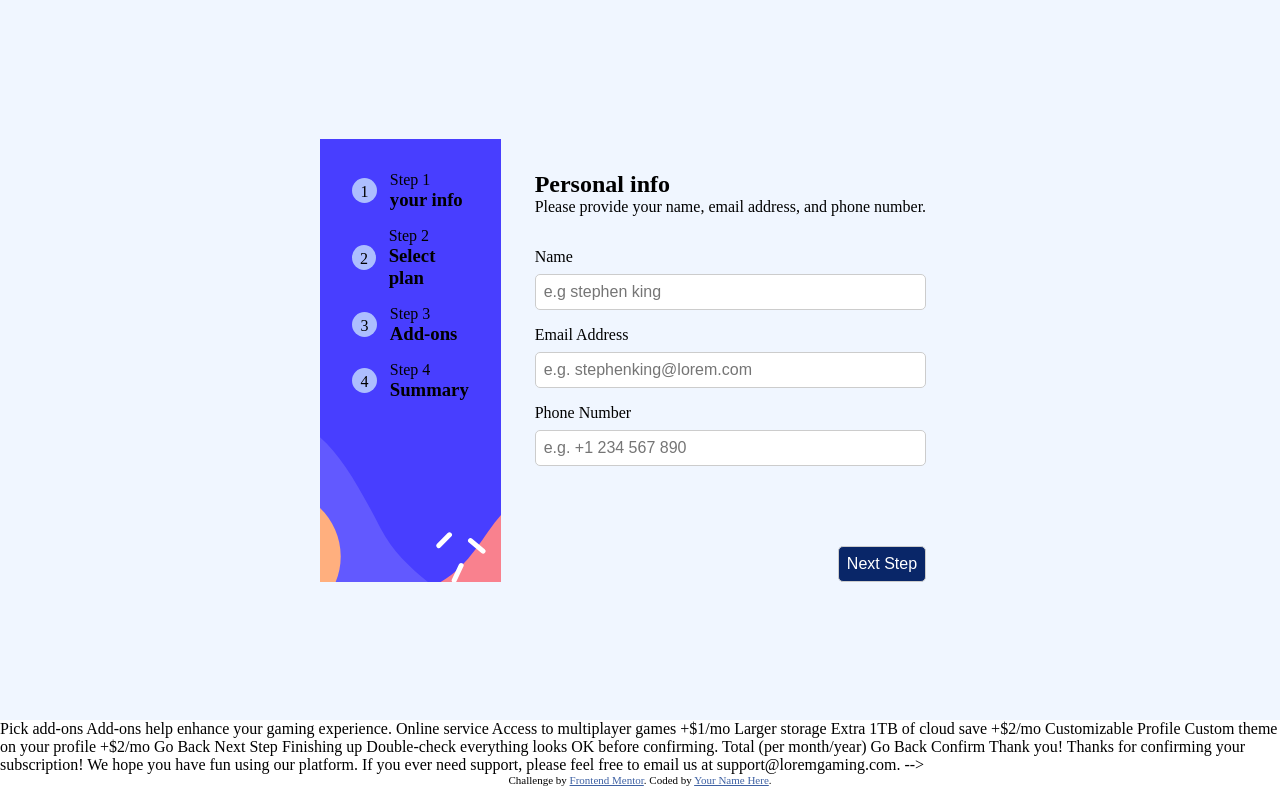
Repository: reemoon-ctrl/reemoon-ctrl.github.io
Page: index.html
These files come from the project's save history. The page is drawn as it stood at one moment and after the next save; the edit follows.
The browser window is 1280 px wide. The pictures show the whole page.

Above is the page before, as saved 2025-04-29 09:39:00.

### index.html
<!DOCTYPE html>
<html lang="en">

<head>
  <meta charset="UTF-8">
  <meta name="viewport" content="width=device-width, initial-scale=1.0">
  <!-- displays site properly based on user's device -->

  <link rel="icon" type="image/png" sizes="32x32" href="./assets/images/favicon-32x32.png">
  <link rel="stylesheet" href="./style.css">
  <title>Frontend Mentor | Multi-step form</title>

  <!-- Feel free to remove these styles or customise in your own stylesheet 👍 -->
  <style>
    .attribution {
      font-size: 11px;
      text-align: center;
    }

    .attribution a {
      color: hsl(219, 45%, 44%);
    }
  </style>
</head>

<body>
  <div class="containerCenter">
    <div class="container">
      <div class="sidebar">
        <ul class="sidebarList">
          <li class="sidebar_ele">
            <div>1</div>
            <div>
              <p>Step 1</p>
              <h3>your info</h3>
            </div>
          </li>
          <li class="sidebar_ele">
            <div>2</div>
            <div>
              <p> Step 2</p>
              <h3>Select plan</h3>
            </div>

          </li>
          <li class="sidebar_ele">
            <div>3</div>
            <div>
              <p>Step 3</p>
              <h3>Add-ons</h3>
            </div>
          </li>
          <li class="sidebar_ele">
            <div>4</div>
            <div>
              <p>Step 4</p>
              <h3>Summary</h3>
            </div>

          </li>
        </ul>
      </div>
      <div class="main">
        <div class="formHeader">
          <h2>Personal info</h2>
          <p>Please provide your name, email address, and phone number.
          </p>
        </div>
        <form class="formContainer">
          <div class="formLabelInput">
            <label for="name">Name</label>
            <input type="text" id="name" name="name" placeholder="e.g stephen king">
          </div>
          <div class="formLabelInput">
            <label for="email">Email Address</label>
            <input type="email" id="email" name="email" placeholder="e.g. stephenking@lorem.com">
          </div>
          <div class="formLabelInput">
            <label for="phone">Phone Number</label>
            <input type="tel" name="phone number" placeholder="e.g. +1 234 567 890">
          </div>
          <div id="nextStep">
            <!-- <label for="username">Username:</label> -->
            <button type="button" id="nextStepbtn" name="next step">Next Step</button>
          </div>
        </form>

        <!-- Step 1 end -->
      </div>

    </div>
  </div>

  <!-- Sidebar start -->



  <!-- Sidebar end -->



  <!-- Step 2 start -->
  <!--
  Select your plan
  You have the option of monthly or yearly billing.

  Arcade
  $9/mo

  Advanced
  $12/mo

  Pro
  $15/mo

  Monthly
  Yearly

  Go Back
  Next Step

  <!-- Step 2 end -->

  <!-- Step 3 start -->

  Pick add-ons
  Add-ons help enhance your gaming experience.

  Online service
  Access to multiplayer games
  +$1/mo

  Larger storage
  Extra 1TB of cloud save
  +$2/mo

  Customizable Profile
  Custom theme on your profile
  +$2/mo

  Go Back
  Next Step

  <!-- Step 3 end -->

  <!-- Step 4 start -->

  Finishing up
  Double-check everything looks OK before confirming.

  <!-- Dynamically add subscription and add-on selections here -->

  Total (per month/year)

  Go Back
  Confirm

  <!-- Step 4 end -->

  <!-- Step 5 start -->

  Thank you!

  Thanks for confirming your subscription! We hope you have fun
  using our platform. If you ever need support, please feel free
  to email us at support@loremgaming.com. -->

  <!-- Step 5 end -->

  <div class="attribution">
    Challenge by <a href="https://www.frontendmentor.io?ref=challenge" target="_blank">Frontend Mentor</a>.
    Coded by <a href="#">Your Name Here</a>.
  </div>
</body>

</html>

### style.css
*{
    padding: 0;
    margin: 0;
    box-sizing:border-box;
}
.container{
    /* background: #ffffff; */
    display: grid;
    grid-template-columns: 1fr 3fr;
    /* padding: 1rem; */
    width:50%;
    height: 50%;
    align-items: center;
    justify-content: center;
    align-content: center;;
    justify-items:center ;
    /* margin-top: 25%; */
}
.containerCenter{
    height:100vh;
    display: flex;
    justify-content: center;
    align-items: center;
    align-content: center;
    background-color: #f0f6ff;

}
.main{
    padding: 2rem 2rem 0 2rem;
    display: grid;
}
.sidebar{
    height:100% ;
    padding: 2rem;
    background:no-repeat url(./assets/images/bg-sidebar-desktop.svg) center ;
}
.sidebarList{
    list-style: none;
    display: flex;
    flex-direction: column;
    gap: 1rem;
    justify-content: space-between;
    /* height: 100%; */
}
.sidebar_ele{
    display: flex;
    /* align-content:stretch; */
    gap: .8rem;
    align-items: center;
}
.sidebar_ele>div:first-child{
    width: 25px;
    height:25px;
    background-color: #adbeff;
    border: 1px bold white;
    border-radius: 50%;
    text-align: center;
    padding: 5px;
}
.formContainer{
    display: grid;
    grid-template-columns:1fr ;
    gap:1rem ;
}
.formHeader{
    padding-bottom: 2rem;
}
.formLabelInput{
    display: flex;
    flex-direction: column;
    gap:.5rem;
}
#nextStep{
    display: flex;
    justify-content:flex-end;
    align-items: center;
    /* background-color: #bff2f6; */
    padding-top: 4rem;
}
#nextStepbtn{
    padding: .5rem;
    border-radius: 5px;
    border: 1px solid #ccc;
    background-color: #092668;
    color: #fff;
    font-size: 1rem;
    /* color: #333; */
    cursor: pointer;
}
.formLabelInput>input{
    padding: .5rem;
    border-radius: 5px;
    border: 1px solid #ccc;
    background-color: #fff;
    font-size: 1rem;
    color: #333;
}

After the next save:
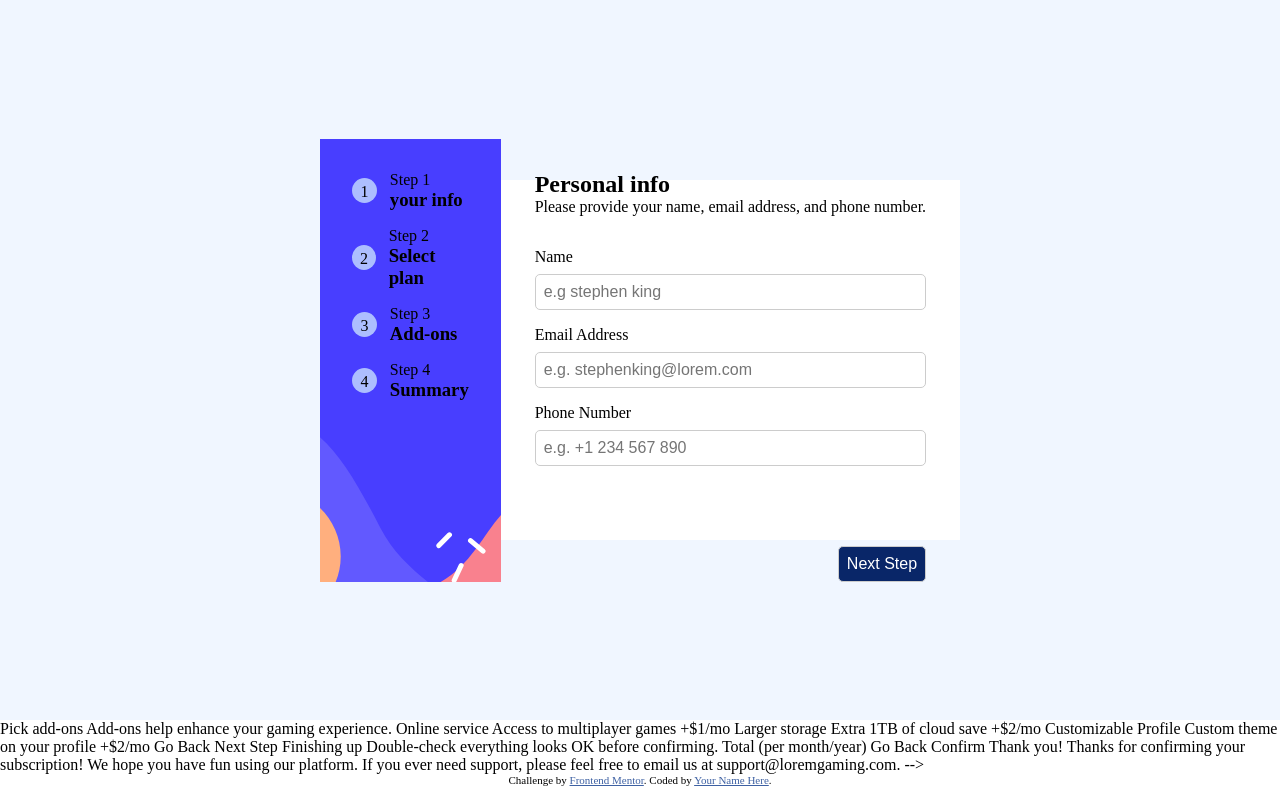
Saved 36 s later.
--- a/style.css
+++ b/style.css
@@ -4,7 +4,7 @@
     box-sizing:border-box;
 }
 .container{
-    /* background: #ffffff; */
+    background: #ffffff;
     display: grid;
     grid-template-columns: 1fr 3fr;
     /* padding: 1rem; */

After the save that followed:
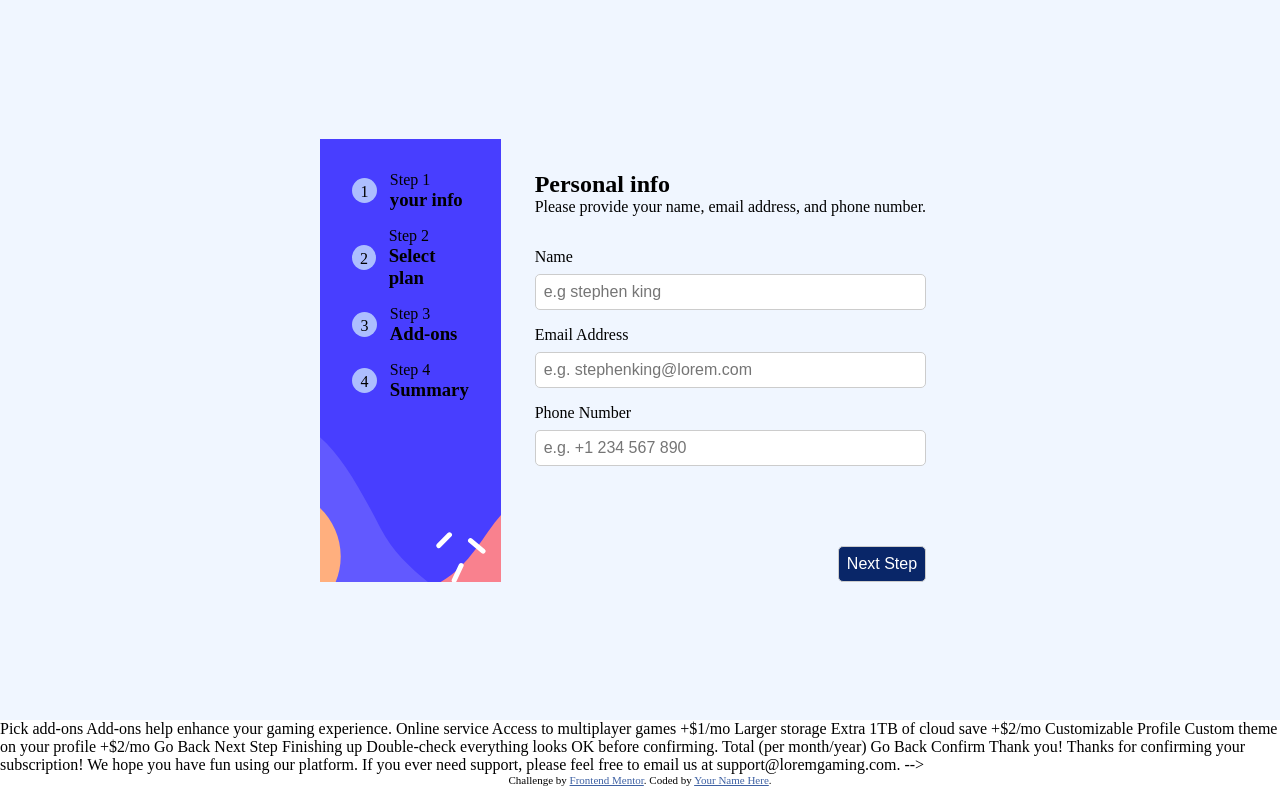
Saved 2 min 20 s later.
--- a/style.css
+++ b/style.css
@@ -4,7 +4,7 @@
     box-sizing:border-box;
 }
 .container{
-    background: #ffffff;
+    /* background: #ffffff; */
     display: grid;
     grid-template-columns: 1fr 3fr;
     /* padding: 1rem; */
